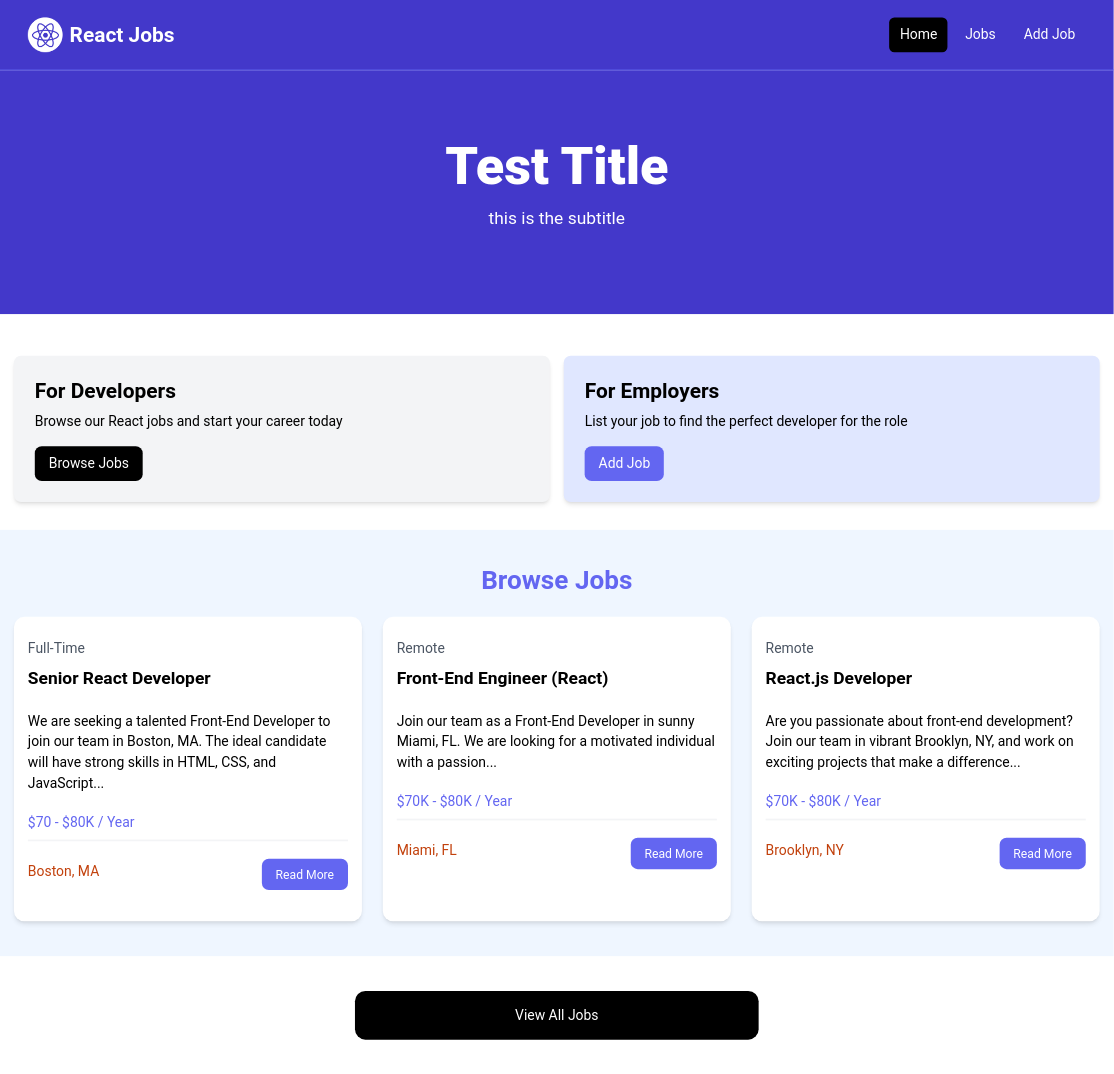
Repository: Geohot-2020/React_setup
Page: / (app in react-crash-2024/)
An editor plug-in stored every save of this project. The page is shown before and after the next save, followed by the edit.
The browser window is 1280 px wide. The pictures show the whole page, at 87% of full size.
The project was rebuilt for these pictures with package versions that can differ from the ones it lists, and the page was loaded fresh each time. Also part of the build but not shown: react-crash-2024/vite.config.js.

Above is the page before, as saved 2024-11-13 15:23:52.

After the next save:
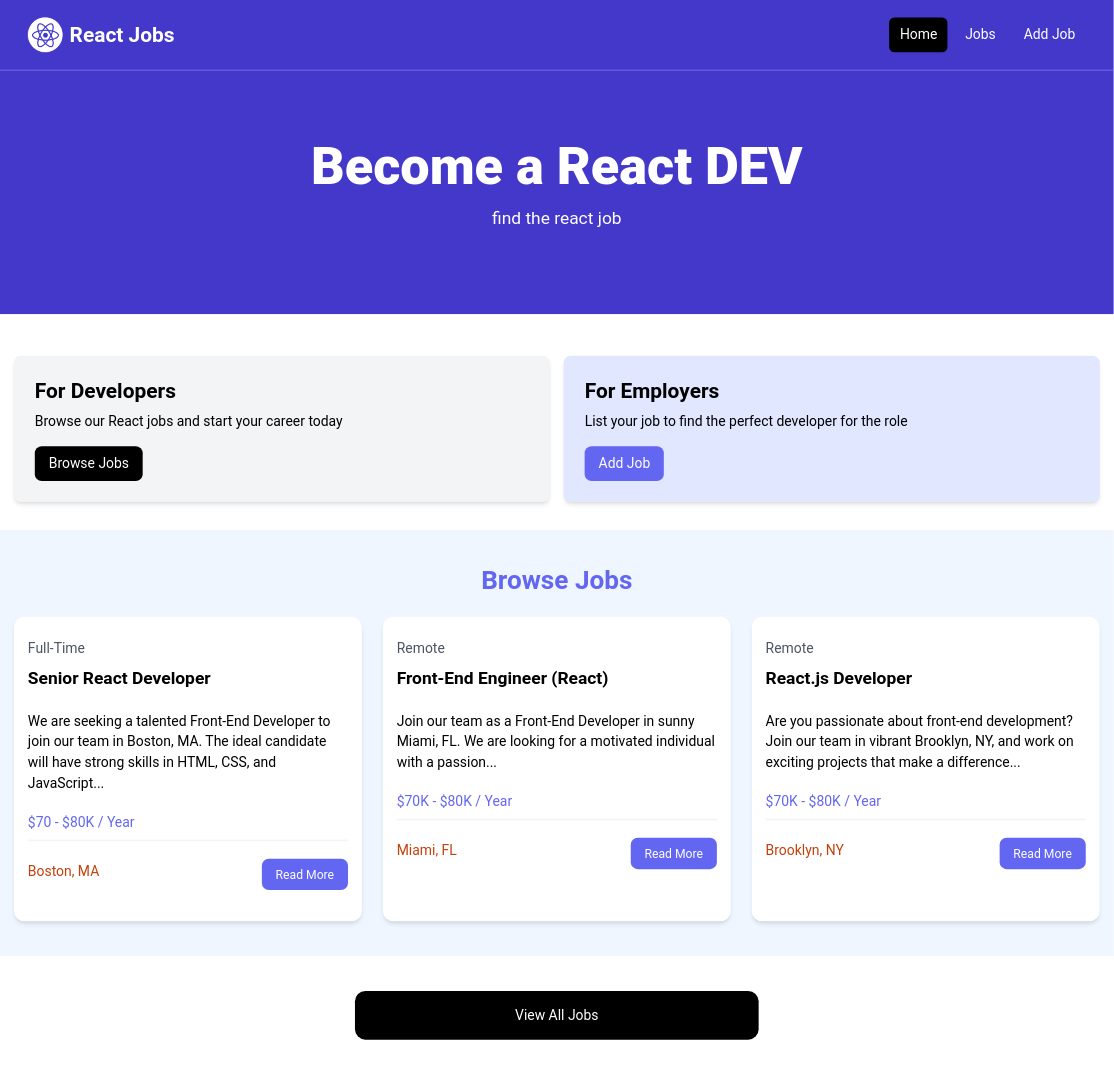
Saved 5 min 52 s later.
--- a/react-crash-2024/src/App.jsx
+++ b/react-crash-2024/src/App.jsx
@@ -8,7 +8,7 @@ const App = () => {
     <>
       <Navbar />
 
-      <Hero title="Test Title" subtitle="this is the subtitle"/>
+      <Hero />
 
       {/* <!-- Developers and Employers --> */}
       <section className="py-4">
